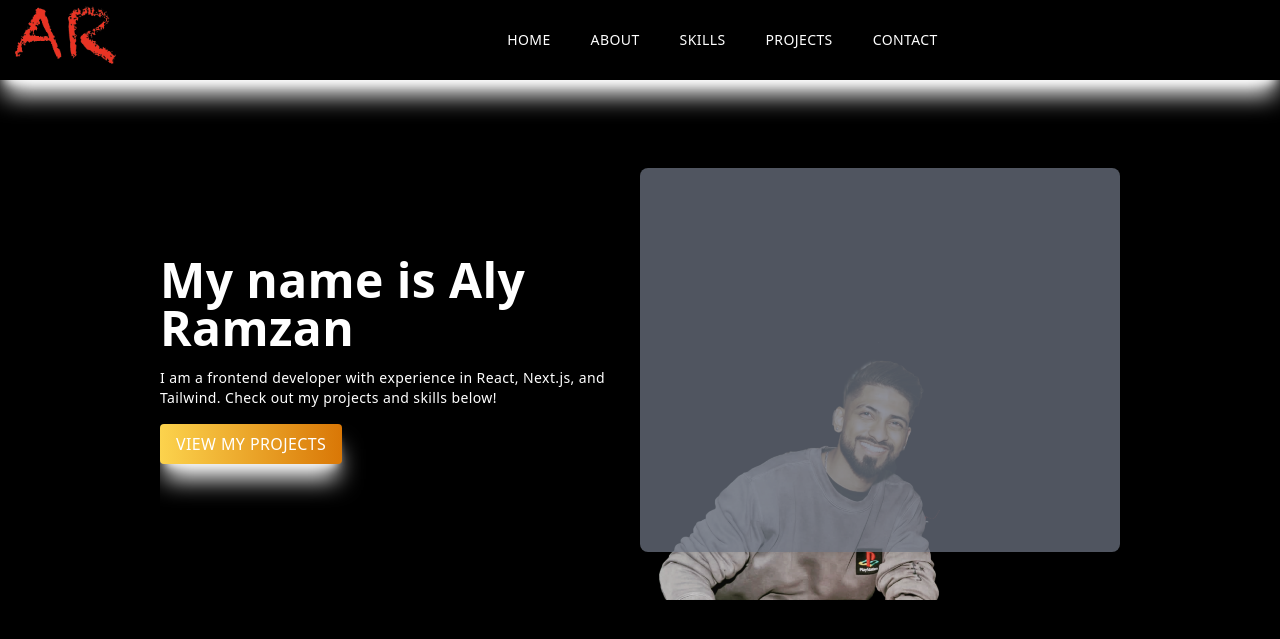
Repository: Sheraliramzan/alyportfolio
Page: /
These files come from the project's save history. The page is drawn as it stood at one moment and after the next save; the edit follows.
The browser window is 1280 px wide. The pictures show the whole page.
The project was rebuilt for these pictures with package versions that can differ from the ones it lists, and the page was loaded fresh each time. The framework's server and built-in components were replaced by stand-ins that run in the browser. Also part of the build but not shown: next.config.js.

Above is the page before, as saved 2023-03-05 20:07:00.

### pages/index.js
import Head from 'next/head'
import react from 'react'
import Image from 'next/image'
import Navbar from '@/components/Navbar'
import Hero from '@/components/Home'


export default function Home() {
  return (
    <>
      <Head>
        <title>Aly | Front-end Developer</title>
        <meta name="description" content="Generated by create next app" />
        <meta name="viewport" content="width=device-width, initial-scale=1" />
        <link rel="icon" href="/assets/logo.png" />
      </Head>
      <Navbar/>
      <Hero/>
    </>
  )
}

### styles/globals.css
@tailwind base;
@tailwind components;
@tailwind utilities;

@layer base{
  body {
    @apply bg-black text-gray-800 tracking-wide
  }
  h1,h2,h3,h4,h5,h6 {
    @apply font-bold text-gray-800
  }
  h1{
    @apply text-4xl sm:text-5xl md:text-6xl
  }
  h2{
    @apply text-3xl sm:text-4xl
  }
  li{
    @apply cursor-pointer
  }
  button{
    @apply shadow-xl shadow-white rounded-xl uppercase bg-gradient-to-r from-amber-300 to-amber-600
  }
}

### components/Navbar.jsx
import Image from "next/image";
import Link from "next/link";
import React, {useState} from "react";
import {AiOutlineClose, AiOutlineMail, AiOutlineMenu} from "react-icons/ai";
import {FaLinkedinIn, FaInstagram, FaGithub} from "react-icons/fa";

export default function Navbar () {

    const [show, setShow] = useState(false);

    const handleShow = () => {
        setShow(!show);
    }
    return(
        <div className="fixed w-full h-20 bg-black shadow-xl shadow-white z-[100]">
            <div className="flex justify-between items-center w-full h-full px-2 2xl:px-16">
                <Image
                    src="/../public/assets/logo.png"
                    alt="/"
                    width={125}
                    height={50}
                />
                <div>
                    <ul className=" hidden md:flex ">
                        <Link href="/">
                            <li className="ml-10 text-sm uppercase hover:border-b hover:text-red-600 text-white">Home</li>
                        </Link>
                        <Link href="/">
                            <li className="ml-10 text-sm uppercase hover:border-b hover:text-red-600 text-white">About</li>
                        </Link>
                        <Link href="/">
                            <li className="ml-10 text-sm uppercase hover:border-b hover:text-red-600 text-white">Skills</li>
                        </Link>
                        <Link href="/">
                            <li className="ml-10 text-sm uppercase hover:border-b hover:text-red-600 text-white">Projects</li>
                        </Link>
                        <Link href="/">
                            <li className="ml-10 text-sm uppercase hover:border-b hover:text-red-600 text-white">Contact</li>
                        </Link>

                    </ul>
                     <div onClick={handleShow} className="md:hidden">
                         <AiOutlineMenu size={25}/>
                    </div>
                </div>
                <div className={show ? "md:hidden fixed left-0 top-0 w-full h-screen bg-black/60" : ""}>
                    <div className={show ?
                    "fixed left-0 top-0 w-[75%] sm:w-[60%] md:w-[45%] h-screen bg-gray-500 p-10 ease-in duration-500" :
                    "fixed left-[-100%] top-0 p-10 ease-in duration-500"}>
                        <div>
                            <div className="flex w-full items-center justify-between">
                                <Image
                                src="/../public/assets/logo.png"
                                alt="/"
                                width={87}
                                height={35}
                                />
                                <div onClick={handleShow} className="bg-gray-500 rounded-full shadow-lg shadow-black p-3 cursor-pointer">
                                    <AiOutlineClose size={25}/>
                                </div>
                            </div>
                            <div className="border-b border-black my-4">
                                <p className="w-[85%] md:w-[90%] py-4 font-bold">Let's code something outstanding</p>
                            </div>
                        </div>
                        <div className="py-4 flex flex-col">
                            <ul className="uppercase">
                                <Link href="/">
                                    <li className="py-4 text-sm font-bold">Home</li>
                                </Link>
                                <Link href="/">
                                    <li className="py-4 text-sm font-bold ">About</li>
                                </Link>
                                <Link href="/">
                                    <li className="py-4 text-sm font-bold">Skills</li>
                                </Link>
                                <Link href="/">
                                    <li className="py-4 text-sm font-bold">Projects</li>
                                </Link>
                                <Link href="/">
                                    <li className="py-4 text-sm font-bold">Contact</li>
                                </Link>
                            </ul>
                            <div className="pt-40">
                                <p className="uppercase tracking-widest text-red-600">Connect with me</p>
                                <div className="flex items-center justify-between my-4 w-full sm:w-[80%]">
                                    <div className="rounded-full shadow-lg shadow-black p-3 cursor-pointer hover:scale-105 ease-in duration-300">
                                        <FaLinkedinIn />
                                    </div>
                                    <div className="rounded-full shadow-lg shadow-black p-3 cursor-pointer hover:scale-105 ease-in duration-300">
                                        <FaGithub />
                                    </div>
                                    <div className="rounded-full shadow-lg shadow-black p-3 cursor-pointer hover:scale-105 ease-in duration-300">
                                        <FaInstagram />
                                    </div>
                                    <div className="rounded-full shadow-lg shadow-black p-3 cursor-pointer hover:scale-105 ease-in duration-300">
                                        <AiOutlineMail />
                                    </div>
                                </div>
                            </div>
                        </div>
                    </div>
                </div>
            </div>
        </div>
    )
}

### components/Home.jsx
import React from "react";
import Head from "next/head";
import Image from "next/image";
import Link from "next/link";

export default function Hero () {
  return (
    <div className="min-h-screen flex flex-col justify-center items-center">
      <Head>
        <title>My Portfolio | Hero Page</title>
      </Head>
      <div className="max-w-screen-lg w-full px-4 sm:px-6 lg:px-8">
        <div className="relative flex flex-col md:flex-row items-center justify-center md:justify-between py-8 md:py-12 rounded-lg shadow-lg overflow-hidden">
          <div className="md:w-1/2">
            <h1 className="text-3xl md:text-5xl font-bold leading-tight text-white mb-2">
              My name is Aly Ramzan
            </h1>
            <p className="text-white text-xl md:text-sm my-4">
              I am a frontend developer with experience in React, Next.js, and Tailwind. Check out my projects and skills below!
            </p>
            <div className="mt-4">
              <Link href="/projects">
                <button className="text-white bg-blue-600 hover:bg-blue-700 font-medium py-2 px-4 rounded">
                  View my projects
                </button>
              </Link>
            </div>
          </div>
          <div className="md:w-1/2 mt-8 md:mt-0">
            <div className="relative h-72 sm:h-80 md:h-96">
              <div className="absolute inset-0 h-full w-full bg-gray-500 opacity-75 rounded-lg shadow-lg"></div>
              <Image
                src="/../public/assets/Me.png"
                alt="Hero Image"
                width={300}
                height={300}
              />
            </div>
          </div>
        </div>
      </div>
    </div>
  );
};

Loaded but not shown: pages/_app.js (common file); pages/_document.js (common file); tailwind.config.js (common file)

After the next save:
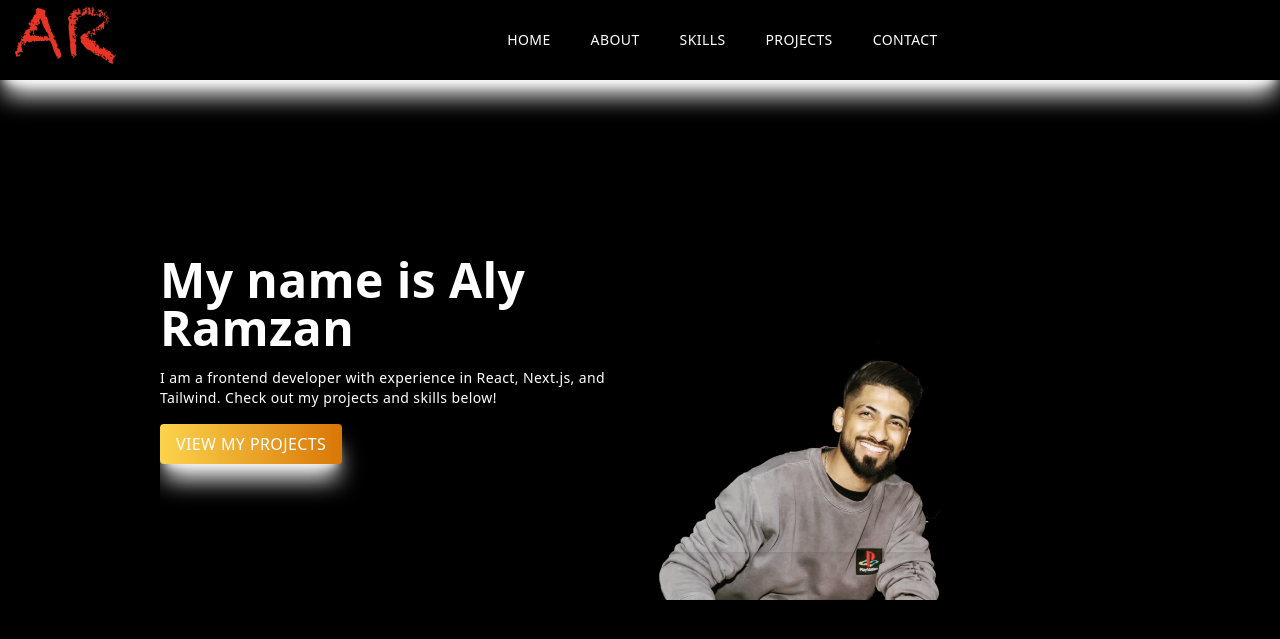
Saved 24 s later.
--- a/components/Home.jsx
+++ b/components/Home.jsx
@@ -28,7 +28,7 @@
           </div>
           <div className="md:w-1/2 mt-8 md:mt-0">
             <div className="relative h-72 sm:h-80 md:h-96">
-              <div className="absolute inset-0 h-full w-full bg-gray-500 opacity-75 rounded-lg shadow-lg"></div>
+              <div className="absolute inset-0 h-full w-full opacity-75 rounded-lg shadow-lg"></div>
               <Image
                 src="/../public/assets/Me.png"
                 alt="Hero Image"
